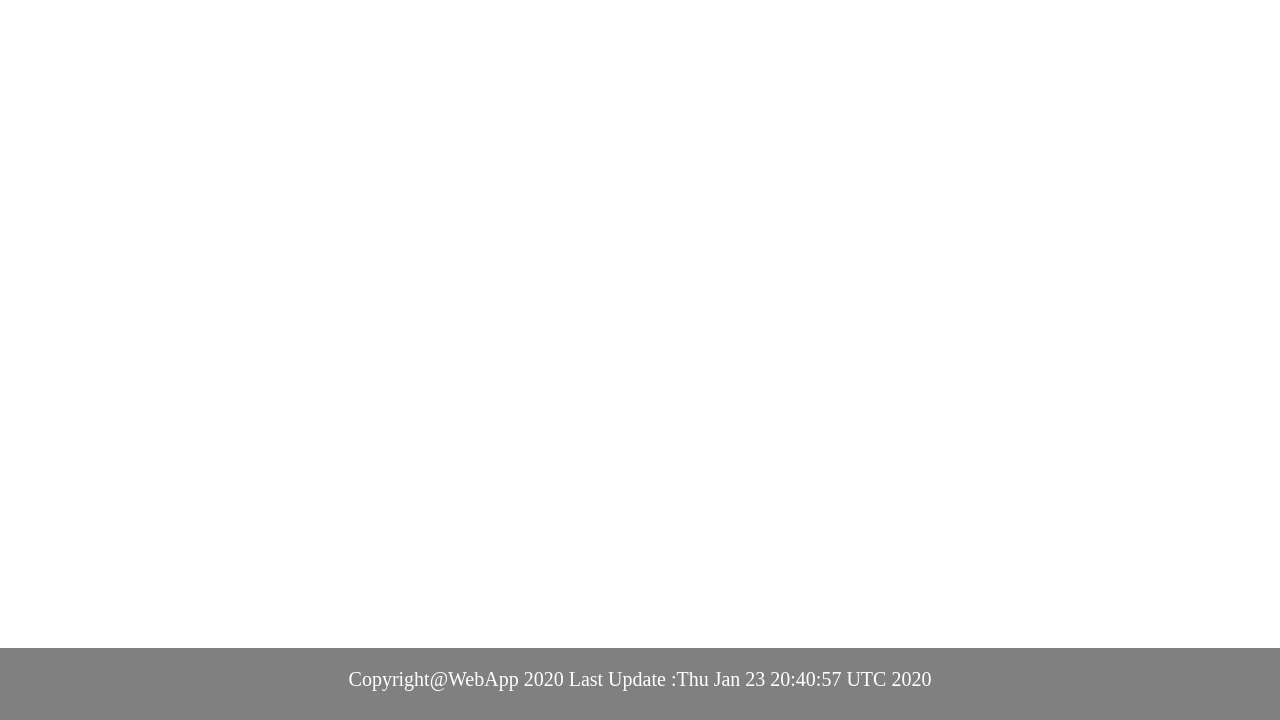
Repository: SriMerla/ServletsAndJsps
Page: http://localhost/WebApplicationProject/footer.jsp
The author's editor kept a copy of each file at every save. The page is drawn from the files as they stood at one save, then again after the next save.
The browser window is 1280 px wide. The pictures show the whole page.
The page is served by Tomcat 9.

Above is the page before, as saved 2020-01-30 05:26:01.

After the next save:
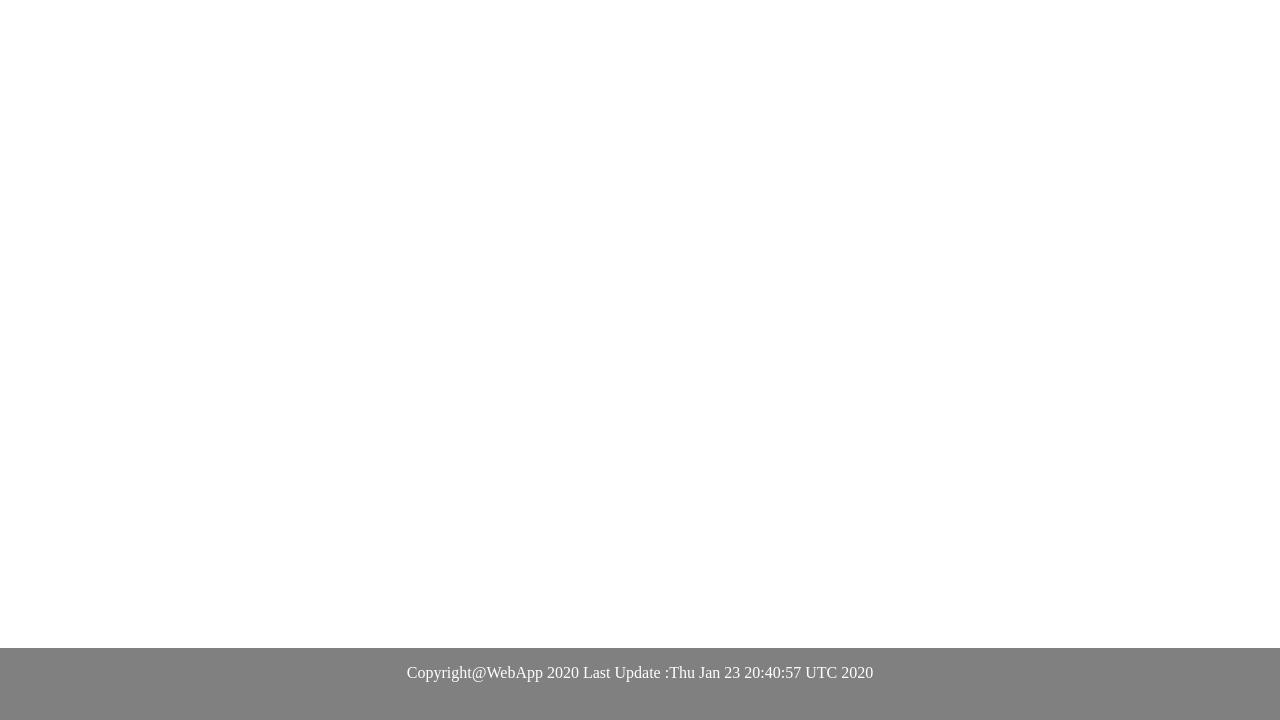
Saved 4 min 14 s later.
--- a/Servlets/WebApplicationProject/WebContent/footer.jsp
+++ b/Servlets/WebApplicationProject/WebContent/footer.jsp
@@ -15,7 +15,7 @@
    background-color: grey;
    color: white;
    text-align: center;
-   font-size: 20px
+   font-size: 16px
 }
 
 </style>
